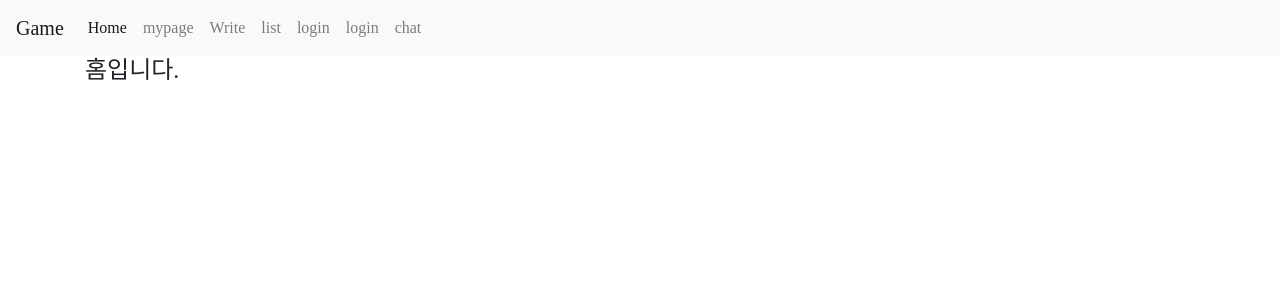
Repository: cyaninn-entj/Goorm-kdt-Project
Page: http://localhost/
These files come from the project's save history. The page is drawn as it stood at one moment and after the next save; the edit follows.
The browser window is 1280 px wide. The pictures show the whole page.
The page is served by the project's Node server (server.js).

Above is the page before, as saved 2022-11-19 02:58:54.

### views/index.ejs
<!doctype html>
<html>

<head>
  <!-- Required meta tags -->
  <meta charset="utf-8">
  <meta name="viewport" content="width=device-width, initial-scale=1, shrink-to-fit=no">

  <!-- Bootstrap CSS -->
  <link rel="stylesheet" href="https://cdn.jsdelivr.net/npm/bootstrap@4.6.2/dist/css/bootstrap.min.css"
    integrity="sha384-xOolHFLEh07PJGoPkLv1IbcEPTNtaed2xpHsD9ESMhqIYd0nLMwNLD69Npy4HI+N" crossorigin="anonymous">
    <link rel="stylesheet" href="/public/main.css">
  <title>Hello, world!</title>
</head>

<body>
  <%- include('nav.html') %>

<h4 class="container">홈입니다.</h4>






  <!-- Optional JavaScript; choose one of the two! -->

  <!-- Option 1: jQuery and Bootstrap Bundle (includes Popper) -->
  <script src="https://cdn.jsdelivr.net/npm/jquery@3.5.1/dist/jquery.slim.min.js"
    integrity="sha384-DfXdz2htPH0lsSSs5nCTpuj/zy4C+OGpamoFVy38MVBnE+IbbVYUew+OrCXaRkfj"
    crossorigin="anonymous"></script>
  <script src="https://cdn.jsdelivr.net/npm/bootstrap@4.6.2/dist/js/bootstrap.bundle.min.js"
    integrity="sha384-Fy6S3B9q64WdZWQUiU+q4/2Lc9npb8tCaSX9FK7E8HnRr0Jz8D6OP9dO5Vg3Q9ct"
    crossorigin="anonymous"></script>

  <!-- Option 2: Separate Popper and Bootstrap JS -->
  <!--
    <script src="https://cdn.jsdelivr.net/npm/jquery@3.5.1/dist/jquery.slim.min.js" integrity="sha384-DfXdz2htPH0lsSSs5nCTpuj/zy4C+OGpamoFVy38MVBnE+IbbVYUew+OrCXaRkfj" crossorigin="anonymous"></script>
    <script src="https://cdn.jsdelivr.net/npm/popper.js@1.16.1/dist/umd/popper.min.js" integrity="sha384-9/reFTGAW83EW2RDu2S0VKaIzap3H66lZH81PoYlFhbGU+6BZp6G7niu735Sk7lN" crossorigin="anonymous"></script>
    <script src="https://cdn.jsdelivr.net/npm/bootstrap@4.6.2/dist/js/bootstrap.min.js" integrity="sha384-+sLIOodYLS7CIrQpBjl+C7nPvqq+FbNUBDunl/OZv93DB7Ln/533i8e/mZXLi/P+" crossorigin="anonymous"></script>
    -->
</body>

</html>

### views/nav.html
<nav class="navbar navbar-expand-lg navbar-light bg-light">
  <a class="navbar-brand" href="#">Game</a>
  <button class="navbar-toggler" type="button" data-toggle="collapse" data-target="#navbarNav" aria-controls="navbarNav"
    aria-expanded="false" aria-label="Toggle navigation">
    <span class="navbar-toggler-icon"></span>
  </button>


  <div class="collapse navbar-collapse" id="navbarNav">
    <ul class="navbar-nav">
      <li class="nav-item active">
        <a class="nav-link" href="/">Home <span class="sr-only">(current)</span></a>
      </li>
      <li class="nav-item">
        <a class="nav-link" href="/mypage">mypage</a>
      </li>

      <li class="nav-item">
        <a class="nav-link" href="/write">Write</a>
      </li>
      <li class="nav-item">
        <a class="nav-link" href="/list">list</a>
      </li>

      <li class="nav-item">
        <a class="nav-link" href="/login">login</a>
      </li>

      <li class="nav-item">
        <a class="nav-link" href="/logout">login</a>
      </li>

      <li class="nav-item">
        <a class="nav-link" href="/chat">chat</a>
      </li>


      </li>
    </ul>
  </div>
</nav>

### server.js
//환경 변수 저장
require('dotenv').config()

// express 라이브러리 첨부
const express =require('express');

//express 라이브러리 사용
const app = express();

const bodyParser= require('body-parser');
app.use(bodyParser.urlencoded({extended : true}));
// listen () 함수는 두개의 파라미터를 필요로 함
// listen(서버를 오픈할 포트번호, function(){서버가 오픈되면 실행할 코드})

app.set('view engine', 'ejs');

app.use('/public', express.static('public'));// public css 등록

const methodOverride = require('method-override')
app.use(methodOverride('_method'))

var db;

const MongoClient = require('mongodb').MongoClient; // 부르기
MongoClient.connect(process.env.DB_URL, function(에러, client){

  if(에러)  return console.log(에러);

  db= client.db('goorm-app');

  // db.collection('post').insertOne({이름: 'park', 나이 : 26 }, function(에러, 결과){
  //   console.log('저장완료');
  // });

  app.listen(process.env.PORT, function(){
    console.log(process.env.PORT+'번 포트로 접근 '); // 8080 포트로 들어오면 실행
  });

})


// app.listen(8080, function(){
//   console.log('listening on 8080'); // 8080 포트로 들어오면 실행
// });

app.get('/pet', function(요청, 응답){
 응답.send('펫쇼핑할 수 있는 사이트');
});

app.get('/beauty', function(요청, 응답){
  응답.send('뷰티용품 쇼핑 페이지임');
 });

 app.get('/', function(요청, 응답){
  // 응답.sendFile(__dirname + '/index.html');
  응답.render('index.ejs');
 });

 app.get('/write', function(요청, 응답){
  // 응답.sendFile(__dirname + '/write.html');
  응답.render('write.ejs');
 });



 app.get('/list',function(요청,응답){
  db.collection('post').find().toArray(function(에러, 결과){
    console.log(결과);
    //db 가져오면서 결과를 list.ejs 로 보내기
    //posts 라는 이름으로 결과를 보내기
    응답.render('list.ejs',{posts: 결과});
  });

  // 무슨 무슨 데이터를 꺼내주세요

 });



 //detail 로 접속하면 detail.ejs 보여줌

 app.get('/detail/:id', function(요청, 응답){
  db.collection('post').findOne({_id: parseInt(요청.params.id)}, function(에러, 결과){
    console.log(결과)
    응답.render('detail.ejs',{ data : 결과});
  })

 })

 app.get('/edit/:id',function(요청,응답){
  db.collection('post').findOne({_id: parseInt(요청.params.id)}, function(에러, 결과){
    console.log(결과)
    응답.render('edit.ejs',{post: 결과} ) // post 라는 이름으로 쏴주기
  })
 });

 app.put('/edit', function(요청, 응답){
  db.collection('post').updateOne( {_id : parseInt(요청.body.id) }, { $set : { 제목 : 요청.body.title , 날짜 : 요청.body.date }},
    function(에러,결과){

    console.log('수정완료')
    console.log(요청.body)
      응답.redirect('/list')
  });
});

const passport = require('passport');
const LocalStrategy = require('passport-local').Strategy;
const session = require('express-session');

app.use(session({secret : '비밀코드', resave : true, saveUninitialized: false}));
app.use(passport.initialize());
app.use(passport.session());

app.get('/login', function(요청, 응답){
  응답.render('login.ejs')
});

app.post('/login',passport.authenticate('local',{

  failureRedirect : '/fail'
}), function(요청, 응답){
  응답.redirect('/')
});

app.get('/fail', function(요청,응답){
응답.render('loginfail.ejs')
})


app.get('/mypage', 로그인했니,function (요청, 응답) {
  console.log(요청.user); //요청에 user deserialize 가 있다.
  응답.render('mypage.ejs', {사용자: 요청.user})
})

//로그인 여부를 확인하는 미들웨어
function 로그인했니(요청, 응답, next) {
  if (요청.user) {
    next()
  }
  else {
    응답.render('loginfail.ejs')
  }
}

passport.use(new LocalStrategy({
  usernameField: 'id', //form 의 name=id
  passwordField: 'pw', // form 의 name = pw
  session: true, // 세션으로 저장
  passReqToCallback: false,
}, function (입력한아이디, 입력한비번, done) {
  console.log(입력한아이디, 입력한비번);
  db.collection('login').findOne({ id: 입력한아이디 }, function (에러, 결과) {
    if (에러) return done(에러)

    if (!결과) return done(null, false, { message: '존재하지않는 아이디요' })
    if (입력한비번 == 결과.pw) {
      return done(null, 결과) // 여기서 로그인된 결과가 serializeUser 에 user
    } else {
      return done(null, false, { message: '비번틀렸어요' })
    }
  })
}));

// 세션을 저장시키는 코드 (로그인성공시)
passport.serializeUser(function (user, done) {
  done(null, user.id) // id를 이용하여 세셔능ㄹ 만듬
});

// 마이페이지에 접속할때 사용
passport.deserializeUser(function (아이디, done) {
  db.collection('login').findOne({ id: 아이디 }, function (에러, 결과) {
    done(null, 결과) // function 요청.user 에 담긴다.

  })
});

// 회원가입
app.post('/register', function (요청, 응답) {
  db.collection('login').insertOne({ id: 요청.body.id, pw: 요청.body.pw }, function (에러, 결과) {
    응답.redirect('/')
  })
})

app.post('/add',로그인했니,function(요청,응답){

  // 응답.send('전송완료')
  console.log(요청.body.title);
  console.log(요청.body.date);
  db.collection('counter').findOne({name: '게시물갯수'}, function(에러, 결과){
    console.log(결과.totalPost)
    var 총게시물갯수 = 결과.totalPost;
   var 저장할거 = {_id: 총게시물갯수+1,작성자 : 요청.user._id,작성자이름: 요청.user.id,제목: 요청.body.title, 날짜: 요청.body.date, };

    db.collection('post').insertOne(저장할거, function(){
      console.log('저장완료');
      // 콜백함수는 순차적  여기서 total +1 시켜야함
      db.collection('counter').updateOne({name: '게시물갯수' },{ $inc :{totalPost:1} },function(에러, 결과){ //총게시물 업데이트
        if(에러) {return console.log(에러)}
        응답.redirect('/list')
      });

    });

  });

   });

   app.delete('/delete', function(요청, 응답){
    console.log('삭제 요청');
   요청.body._id= parseInt(요청.body._id);

   var 삭제할데이터 = {_id : 요청.body._id, 작성자 :  요청.user._id}
    db.collection('post').deleteOne(삭제할데이터
      ,function(에러, 결과){
      console.log('삭제완료');
      // if(에러){console.log(에러)}
      if(에러){응답.status(401).send("작성자가 아닙니다.")}
      응답.status(200).send({message: '성공. '}); // 응답 확인하기


        }   )
   })

   // 챗 페이지로 이동
   app.get('/chat', 로그인했니, function(요청, 응답){

    db.collection('chatroom').find({ member : 요청.user._id }).toArray().then((결과)=>{
      console.log(결과);
      응답.render('chat.ejs', {data : 결과})
    })

  });

  const {ObjectId } = require('mongodb')


  app.post('/chatroom', function(요청, 응답){

    var 저장할거 = {
      title : '무슨무슨채팅방',
      member : [ObjectId(요청.body.당한사람id), 요청.user._id],
      date : new Date()
    }

    db.collection('chatroom').insertOne(저장할거).then(function(결과){
      응답.send('저장완료')
    });
  });

  app.post('/message', 로그인했니, function(요청, 응답){
    var 저장할거 = {
      parent : 요청.body.parent,
      userid : 요청.user._id,
      content : 요청.body.content,
      date : new Date(),
    }
    db.collection('message').insertOne(저장할거)
    .then((결과)=>{
      응답.send(결과);
    })
  });

  // 서버와 유저간 실시간 소통채널 열기

  app.get('/message/:id', 로그인했니, function(요청, 응답){

    응답.writeHead(200, {
      "Connection": "keep-alive",
      "Content-Type": "text/event-stream",
      "Cache-Control": "no-cache",
    });

    db.collection("message").find({ parent : 요청.params.id }).toArray()
    .then((결과)=>{
      console.log(결과);
      응답.write('event: test\n');
      응답.write('data: ' +JSON.stringify(결과) + '\n\n');
    });

   const pipeline = [
      {$match: { "fullDocument.parent" : 요청.params.id}}
   ];
   const collection = db.collection("message");
   const changeStream = collection.watch(pipeline);
   changeStream.on("change", (result)=>{
    응답.write("event: test\n");
    응답.write("data:" + JSON.stringify([result.fullDocument]) +"\n\n");
   })


  });

  app.get('/logout',로그인했니, function(요청,응답){
   요청.logout(function(에러){
    if(에러){ return next(err);}
    응답.redirect('/login');
   }) ;
  })

### public/main.css
body{
  font-family: 'nanumsquare';
}

.chat-content {
  height: 450px;
  overflow-y: scroll;
  padding: 10px;
}
.chat-content li {
  margin-top: 10px;
  list-style: none;
}
.text-small {
  font-size: 12px;
  color: gray;
  margin-bottom: 0;
}
.chat-box {
  background: #eee;
  padding: 5px;
  border-radius: 5px;
  float: left;
}
.mine {
  float: right;
}

After the next save:
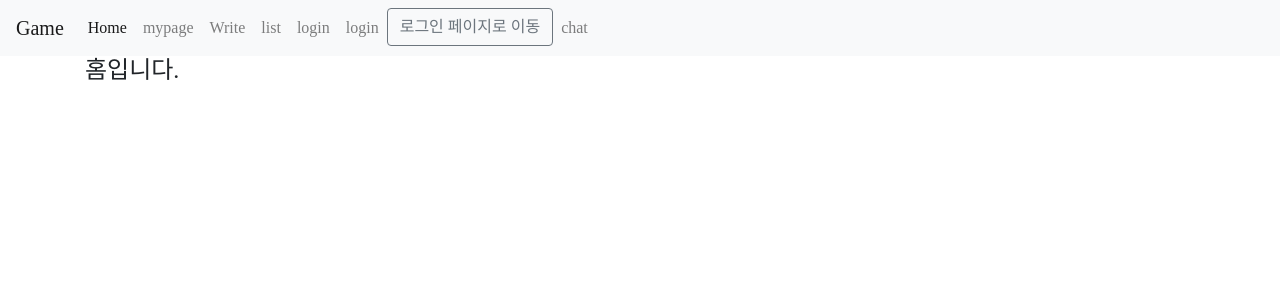
Saved 2 min 52 s later.
--- a/views/nav.html
+++ b/views/nav.html
@@ -30,6 +30,11 @@
         <a class="nav-link" href="/logout">login</a>
       </li>
 
+      <form action="/login" method="GET">
+        <button type="submit" class="btn btn-outline-secondary backtologin" href="/login" action="/login" method="GET">로그인
+          페이지로 이동 </button>
+      </form>
+
       <li class="nav-item">
         <a class="nav-link" href="/chat">chat</a>
       </li>
